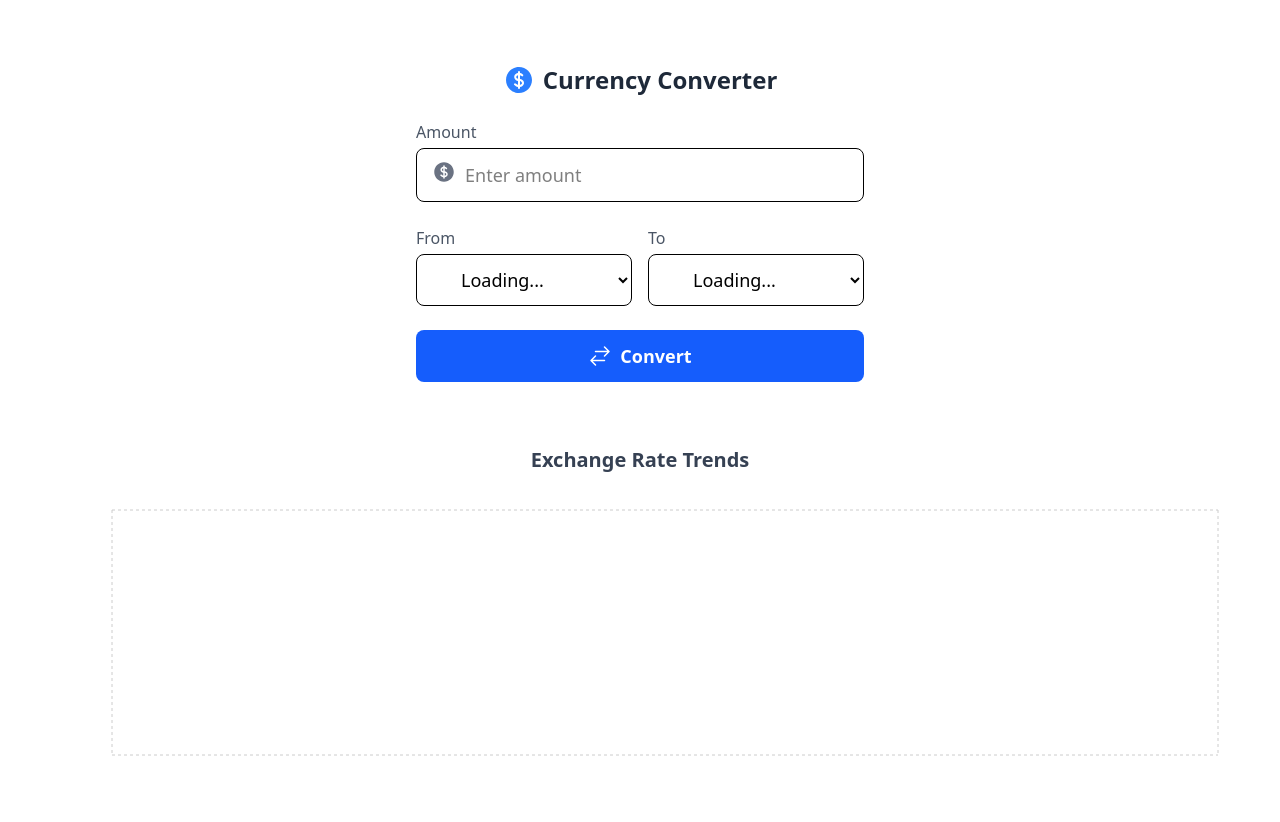
Repository: adrcstro/withcenter_developer_exam
Page: /
The author's editor kept a copy of each file at every save. The page is drawn from the files as they stood at one save, then again after the next save.
The browser window is 1280 px wide. The pictures show the whole page.
Pictures or frames that could not be fetched are drawn as grey boxes. The page's requests for data from a server got no answer. The project was rebuilt for these pictures with package versions that can differ from the ones it lists, and the page was loaded fresh each time. No one was signed in, and anything a server would have sent is missing. Also part of the build but not shown: vite.config.ts.

Above is the page before, as saved 2025-03-18 07:24:53.

### index.html
<!doctype html>
<html lang="en">
  <head>
    <meta charset="UTF-8" />
    <link rel="icon" type="image/svg+xml" href="/vite.svg" />
    <meta name="viewport" content="width=device-width, initial-scale=1.0" />
    <title>Vite + React + TS</title>
    <!-- public/index.html -->
  <link href="https://fonts.googleapis.com/css2?family=Montserrat:wght@300;400;500;700&display=swap" rel="stylesheet">


  </head>
  <body>
    <div id="root"></div>
    <script type="module" src="/src/main.tsx"></script>
  </body>
</html>

### src/main.tsx

import { createRoot } from 'react-dom/client'
import './index.css'
import App from './App.tsx'

createRoot(document.getElementById('root')!).render(

    <App />

)

### src/App.tsx
import { Provider } from "react-redux";
import { QueryClient, QueryClientProvider } from "@tanstack/react-query";
import { store } from "./Store/store";
import { useAppDispatch, useAppSelector } from "./Store/hooks";
import { setAmount, setFromCurrency, setToCurrency, setConvertedAmount } from "./Store/exchangeRateSlice";
import { useExchangeRates, useSupportedCurrencies } from "./Store/useExchangeRates";
import { ArrowsRightLeftIcon, CurrencyDollarIcon } from "@heroicons/react/24/solid";
import { AreaChart, Area, XAxis, YAxis, CartesianGrid, Tooltip, ResponsiveContainer } from "recharts";

const queryClient = new QueryClient();

// Define an interface for currencies
interface Currency {
  code: string;
  name: string;
}

function CurrencyConverter() {
  const dispatch = useAppDispatch();
  const { fromCurrency, toCurrency, amount, convertedAmount } = useAppSelector((state) => state.exchangeRates);

  const { data: exchangeRates } = useExchangeRates(fromCurrency);
  const { data: currencies, isLoading } = useSupportedCurrencies();

  const handleConvert = () => {
    if (!exchangeRates) return;
    const rate = exchangeRates[toCurrency] || 1;
    dispatch(setConvertedAmount((parseFloat(amount) * rate).toFixed(2)));
  };

  const chartData = exchangeRates
    ? Object.entries(exchangeRates).map(([currency, rate]) => ({ currency, rate }))
    : [];

  return (
    <div className="flex flex-col items-center justify-center min-h-screen bg-white p-8">
      <div className="flex flex-col items-center justify-center w-full max-w-[2000px] px-8">
        <div className="bg-white rounded-xl p-8 w-full max-w-lg">
          <h2 className="text-2xl font-bold text-gray-800 text-center mb-6 flex items-center justify-center gap-2">
            <CurrencyDollarIcon className="w-8 h-8 text-blue-500" />
            Currency Converter
          </h2>

          <div className="mb-6">
            <label className="block text-gray-600 text-base font-medium">Amount</label>
            <div className="relative">
              <input
                type="number"
                value={amount}
                onChange={(e) => dispatch(setAmount(e.target.value))}
                className="w-full mt-1 pl-12 pr-4 py-3 border rounded-lg text-lg focus:outline-none focus:ring-2 focus:ring-blue-400"
                placeholder="Enter amount"
              />
              <CurrencyDollarIcon className="w-6 h-6 text-gray-500 absolute left-4 top-4" />
            </div>
          </div>

          <div className="flex gap-4 mb-6">
            <div className="w-1/2">
              <label className="block text-gray-600 text-base font-medium">From</label>
              <select
                value={fromCurrency}
                onChange={(e) => dispatch(setFromCurrency(e.target.value))}
                className="w-full mt-1 pl-10 pr-4 py-3 border rounded-lg text-lg focus:outline-none focus:ring-2 focus:ring-blue-400"
              >
                {isLoading ? (
                  <option>Loading...</option>
                ) : (
                  currencies?.map(({ code, name }: Currency) => (
                    <option key={code} value={code}>{code} - {name}</option>
                  ))
                )}
              </select>
            </div>

            <div className="w-1/2">
              <label className="block text-gray-600 text-base font-medium">To</label>
              <select
                value={toCurrency}
                onChange={(e) => dispatch(setToCurrency(e.target.value))}
                className="w-full mt-1 pl-10 pr-4 py-3 border rounded-lg text-lg focus:outline-none focus:ring-2 focus:ring-blue-400"
              >
                {isLoading ? (
                  <option>Loading...</option>
                ) : (
                  currencies?.map(({ code, name }: Currency) => (
                    <option key={code} value={code}>{code} - {name}</option>
                  ))
                )}
              </select>
            </div>
          </div>

          <button
            onClick={handleConvert}
            className="w-full bg-blue-600 hover:bg-blue-700 text-white text-lg font-semibold py-3 rounded-lg flex items-center justify-center gap-2 transition duration-300"
          >
            <ArrowsRightLeftIcon className="w-6 h-6" />
            Convert
          </button>

          {convertedAmount && (
            <div className="mt-6 text-center">
              <p className="text-gray-800 text-xl">
                {amount} {fromCurrency} = <span className="font-bold text-green-600">{convertedAmount} {toCurrency}</span>
              </p>
            </div>
          )}
        </div>
      </div>

      {/* Chart Section */}
      <div className="w-full max-w-7xl mt-8">
        <h2 className="text-xl font-semibold text-gray-700 text-center mb-4">Exchange Rate Trends</h2>
        <ResponsiveContainer width="100%" height={300}>
          <AreaChart data={chartData} margin={{ top: 20, right: 30, left: 20, bottom: 5 }}>
            <CartesianGrid strokeDasharray="3 3" />
            <XAxis dataKey="currency" />
            <YAxis />
            <Tooltip />
            <Area type="monotone" dataKey="rate" stroke="#8884d8" fill="#8884d8" />
          </AreaChart>
        </ResponsiveContainer>
      </div>
    </div>
  );
}

export default function App() {
  return (
    <Provider store={store}>
      <QueryClientProvider client={queryClient}>
        <CurrencyConverter />
      </QueryClientProvider>
    </Provider>
  );
}

### src/Store/store.ts
// src/store/store.ts
import { configureStore } from "@reduxjs/toolkit";
import exchangeRateReducer from "./exchangeRateSlice";

export const store = configureStore({
  reducer: {
    exchangeRates: exchangeRateReducer,
  },
});

export type RootState = ReturnType<typeof store.getState>;
export type AppDispatch = typeof store.dispatch;

### src/Store/hooks.ts
// src/store/hooks.ts
import { TypedUseSelectorHook, useDispatch, useSelector } from "react-redux";
import type { RootState, AppDispatch } from "./store";

export const useAppDispatch: () => AppDispatch = useDispatch;
export const useAppSelector: TypedUseSelectorHook<RootState> = useSelector;

### src/Store/exchangeRateSlice.ts
// src/store/exchangeRateSlice.ts
import { createSlice, PayloadAction } from "@reduxjs/toolkit";

interface ExchangeRateState {
  fromCurrency: string;
  toCurrency: string;
  amount: string;
  convertedAmount: string;
}

const initialState: ExchangeRateState = {
  fromCurrency: "USD",
  toCurrency: "EUR",
  amount: "",
  convertedAmount: "",
};

const exchangeRateSlice = createSlice({
  name: "exchangeRate",
  initialState,
  reducers: {
    setFromCurrency: (state, action: PayloadAction<string>) => {
      state.fromCurrency = action.payload;
    },
    setToCurrency: (state, action: PayloadAction<string>) => {
      state.toCurrency = action.payload;
    },
    setAmount: (state, action: PayloadAction<string>) => {
      state.amount = action.payload;
    },
    setConvertedAmount: (state, action: PayloadAction<string>) => {
      state.convertedAmount = action.payload;
    },
  },
});

export const { setFromCurrency, setToCurrency, setAmount, setConvertedAmount } = exchangeRateSlice.actions;
export default exchangeRateSlice.reducer;

### src/Store/useExchangeRates.ts
import { useQuery } from "@tanstack/react-query";
import axios from "axios";

const API_KEY = import.meta.env.VITE_EXCHANGE_RATE_API_KEY;
const BASE_URL = "https://v6.exchangerate-api.com/v6";

// Fetch all supported currencies
const fetchCurrencies = async () => {
  const response = await axios.get(`${BASE_URL}/${API_KEY}/codes`);
  return response.data.supported_codes.map(([code, name]: [string, string]) => ({
    code,
    name,
  }));
};

// Fetch exchange rates based on `fromCurrency`
const fetchExchangeRates = async (fromCurrency: string) => {
  const response = await axios.get(`${BASE_URL}/${API_KEY}/latest/${fromCurrency}`);
  return response.data.conversion_rates;
};

// Custom hook to get the exchange rates
export const useExchangeRates = (fromCurrency: string) => {
  return useQuery({
    queryKey: ["exchangeRates", fromCurrency],
    queryFn: () => fetchExchangeRates(fromCurrency),
    staleTime: 1000 * 60 * 10, // 10 minutes cache
  });
};

// Custom hook to get supported currencies
export const useSupportedCurrencies = () => {
  return useQuery({
    queryKey: ["supportedCurrencies"],
    queryFn: fetchCurrencies,
    staleTime: Infinity, // Cache forever (currencies don't change often)
  });
};

Loaded but not shown: src/index.css (common file)

After the next save:
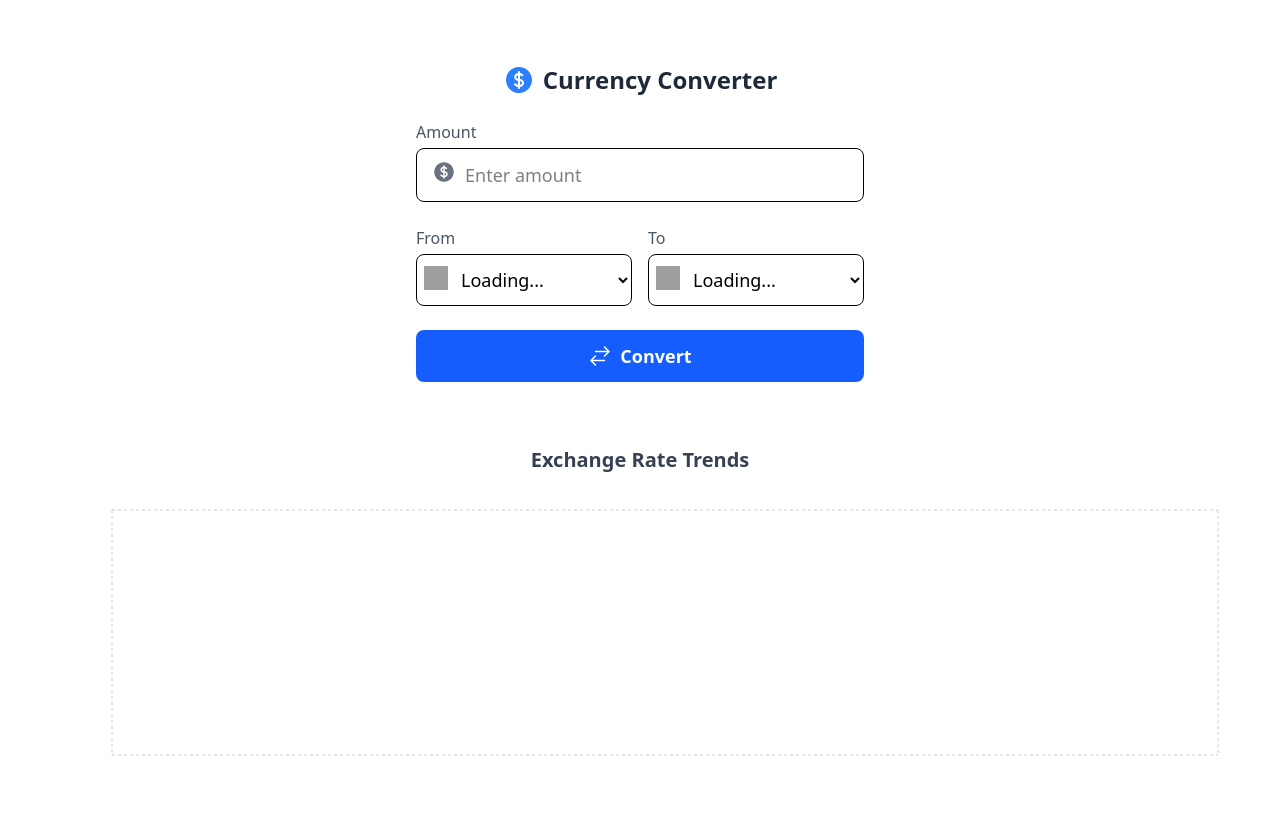
Saved 11 min 5 s later.
--- a/src/App.tsx
+++ b/src/App.tsx
@@ -14,6 +14,28 @@ interface Currency {
   code: string;
   name: string;
 }
+
+// Mapping currency codes to country codes for flag display
+const currencyToCountryCode: Record<string, string> = {
+  USD: "us",
+  EUR: "eu",
+  GBP: "gb",
+  JPY: "jp",
+  AUD: "au",
+  CAD: "ca",
+  CHF: "ch",
+  CNY: "cn",
+  INR: "in",
+  BRL: "br",
+  ZAR: "za",
+  MXN: "mx",
+  // Add more mappings if necessary
+};
+
+const getFlagUrl = (currencyCode: string) => {
+  const countryCode = currencyToCountryCode[currencyCode] || currencyCode.toLowerCase();
+  return `https://flagcdn.com/w40/${countryCode}.png`;
+};
 
 function CurrencyConverter() {
   const dispatch = useAppDispatch();
@@ -56,38 +78,50 @@ function CurrencyConverter() {
           </div>
 
           <div className="flex gap-4 mb-6">
+            {/* From Currency */}
             <div className="w-1/2">
               <label className="block text-gray-600 text-base font-medium">From</label>
-              <select
-                value={fromCurrency}
-                onChange={(e) => dispatch(setFromCurrency(e.target.value))}
-                className="w-full mt-1 pl-10 pr-4 py-3 border rounded-lg text-lg focus:outline-none focus:ring-2 focus:ring-blue-400"
-              >
-                {isLoading ? (
-                  <option>Loading...</option>
-                ) : (
-                  currencies?.map(({ code, name }: Currency) => (
-                    <option key={code} value={code}>{code} - {name}</option>
-                  ))
-                )}
-              </select>
+              <div className="relative flex items-center">
+                <img src={getFlagUrl(fromCurrency)} alt={fromCurrency} className="w-6 h-6 absolute left-2" />
+                <select
+                  value={fromCurrency}
+                  onChange={(e) => dispatch(setFromCurrency(e.target.value))}
+                  className="w-full mt-1 pl-10 pr-4 py-3 border rounded-lg text-lg focus:outline-none focus:ring-2 focus:ring-blue-400"
+                >
+                  {isLoading ? (
+                    <option>Loading...</option>
+                  ) : (
+                    currencies?.map(({ code, name }: Currency) => (
+                      <option key={code} value={code}>
+                        {code} - {name}
+                      </option>
+                    ))
+                  )}
+                </select>
+              </div>
             </div>
 
+            {/* To Currency */}
             <div className="w-1/2">
               <label className="block text-gray-600 text-base font-medium">To</label>
-              <select
-                value={toCurrency}
-                onChange={(e) => dispatch(setToCurrency(e.target.value))}
-                className="w-full mt-1 pl-10 pr-4 py-3 border rounded-lg text-lg focus:outline-none focus:ring-2 focus:ring-blue-400"
-              >
-                {isLoading ? (
-                  <option>Loading...</option>
-                ) : (
-                  currencies?.map(({ code, name }: Currency) => (
-                    <option key={code} value={code}>{code} - {name}</option>
-                  ))
-                )}
-              </select>
+              <div className="relative flex items-center">
+                <img src={getFlagUrl(toCurrency)} alt={toCurrency} className="w-6 h-6 absolute left-2" />
+                <select
+                  value={toCurrency}
+                  onChange={(e) => dispatch(setToCurrency(e.target.value))}
+                  className="w-full mt-1 pl-10 pr-4 py-3 border rounded-lg text-lg focus:outline-none focus:ring-2 focus:ring-blue-400"
+                >
+                  {isLoading ? (
+                    <option>Loading...</option>
+                  ) : (
+                    currencies?.map(({ code, name }: Currency) => (
+                      <option key={code} value={code}>
+                        {code} - {name}
+                      </option>
+                    ))
+                  )}
+                </select>
+              </div>
             </div>
           </div>
 
